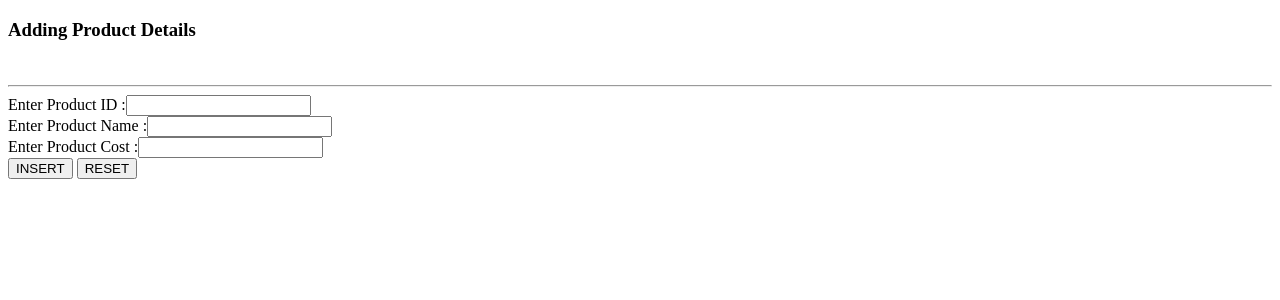
Repository: uaganesh/training
Page: ProductDetails/src/main/webapp/index.html
An editor plug-in stored every save of this project. The page is shown before and after the next save, followed by the edit.
The browser window is 1280 px wide. The pictures show the whole page.

Above is the page before, as saved 2022-08-09 03:03:05.

### ProductDetails/src/main/webapp/index.html
<!DOCTYPE html>
<html>
<head>
<meta charset="ISO-8859-1">
<title>Product Details</title>
</head>
<body>
<form action="ProductController" method="post">
<h3>Adding Product Details</h3><br>
<hr>
Enter Product ID :<input type="text" name="pid"><br>
Enter Product Name :<input type="text" name="pname"><br>
Enter Product Cost :<input type="text" name="price"><br>
<input type="submit" value="INSERT">
<input type="reset" value="RESET">
</form>
</body>
</html>

After the next save:
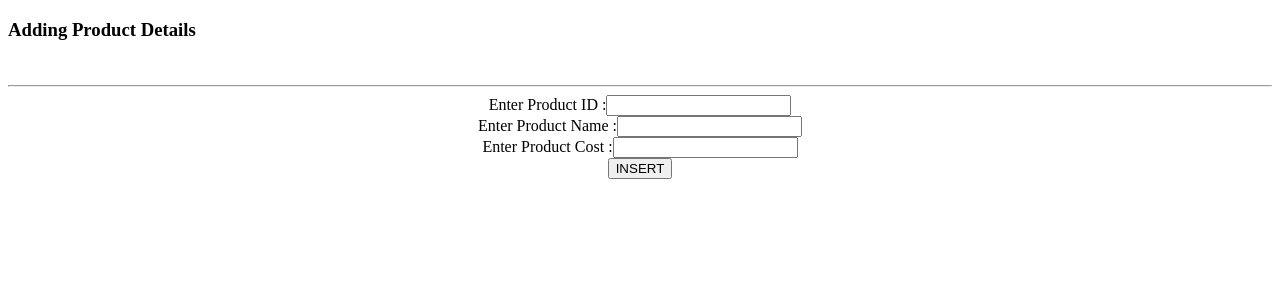
Saved 2 min 33 s later.
--- a/ProductDetails/src/main/webapp/index.html
+++ b/ProductDetails/src/main/webapp/index.html
@@ -8,11 +8,13 @@
 <form action="ProductController" method="post">
 <h3>Adding Product Details</h3><br>
 <hr>
+<center>
 Enter Product ID :<input type="text" name="pid"><br>
 Enter Product Name :<input type="text" name="pname"><br>
 Enter Product Cost :<input type="text" name="price"><br>
 <input type="submit" value="INSERT">
-<input type="reset" value="RESET">
+</center>
+
 </form>
 </body>
 </html>
